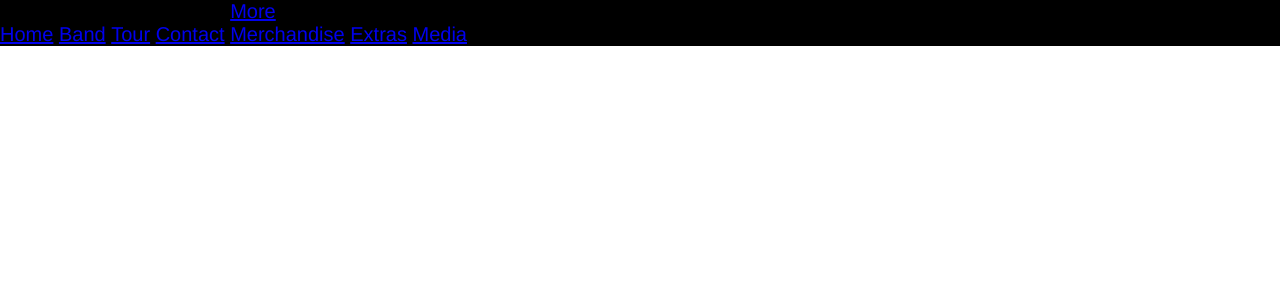
Repository: nugort/nugort.github.io
Page: f8/the-band/index.html
These files come from the project's save history. The page is drawn as it stood at one moment and after the next save; the edit follows.
The browser window is 1280 px wide. The pictures show the whole page.

Above is the page before, as saved 2022-02-07 00:25:57.

After the next save:
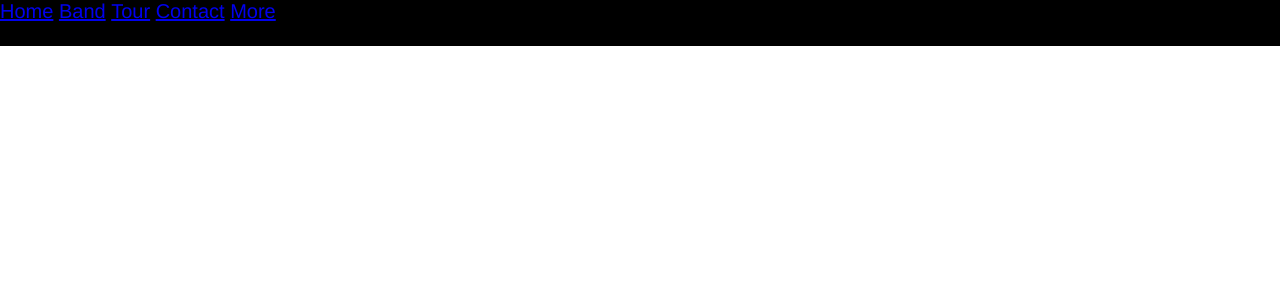
Saved 77 s later.
--- a/f8/the-band/assets/css/styles.css
+++ b/f8/the-band/assets/css/styles.css
@@ -79,6 +79,10 @@ Bôi đen điểm chung -> CTRL +  SHIFT + L -> Mũi tên qua phải ( > ) -> CT
     display: inline-block;
 }
 
+#nav .subnav{
+    display: none;
+}
+
 #content{
 
 }
